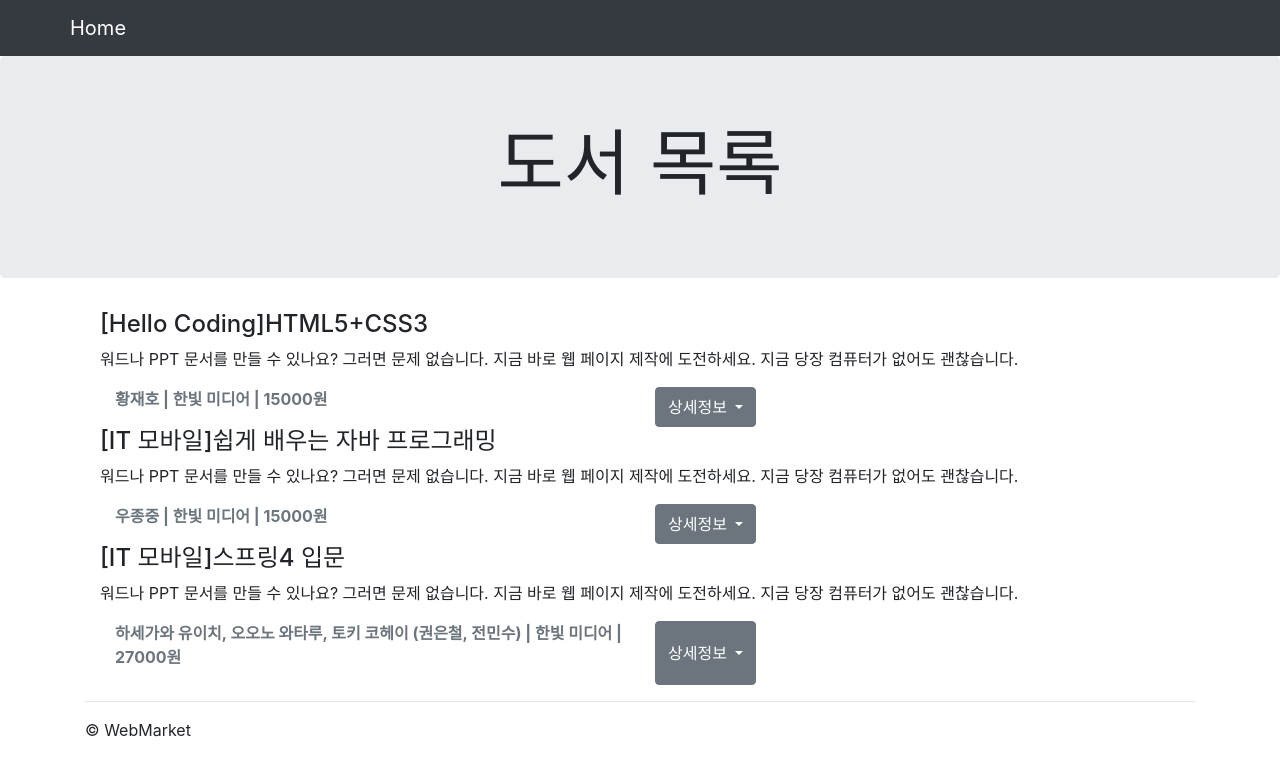
Repository: freedomseok8047/jsp
Page: http://localhost/BookMarket/books.jsp
These files come from the project's save history. The page is drawn as it stood at one moment and after the next save; the edit follows.
The browser window is 1280 px wide. The pictures show the whole page.
The page is served by Tomcat 9.

Above is the page before, as saved 2023-08-24 06:24:10.

### BookMarket/src/main/webapp/books.jsp
<%@ page language="java" contentType="text/html; charset=UTF-8"
	pageEncoding="UTF-8"%>
<%@ page import="java.util.ArrayList"%>
<%@ page import="dto.Book"%>
<jsp:useBean id="bookDAO" class="dao.BookRepository"
	scope="session" />
<!DOCTYPE html>
<html>
<head>
<meta charset="UTF-8">
<link rel="stylesheet" href="./resources/css/bootstrap.min.css" />
<title>도서 목록</title>
</head>
<body>
	<jsp:include page="menu.jsp" />
	<div class="jumbotron">
		<div class="container">
			<h1 class="display-3" align = "center">도서 목록</h1>
		</div>
	</div>
	<%
	ArrayList<Book> listOfBooks = bookDAO.getAllBooks();
	%>

	<div class="container">
		<div class="col" align="left">
			<%
			for (int i = 0; i < listOfBooks.size(); i++) {
				Book book = listOfBooks.get(i);
			%>
			<div class="row-xl-4">
				<h4>[<%=book.getCategory()%>]<%=book.getName()%></h4>
				<p><%=book.getDescription()%>
			<div class="container">
  				<div class="row">
				<p class="col font-weight-bold text-secondary"><%=book.getAuthor() %> | <%=book.getPublisher() %> | <%=book.getUnitPrice()%>원

				<div class=" col btn-group" role="group">
    <button id="btnGroupDrop1" type="button" class="btn btn-secondary dropdown-toggle" data-toggle="dropdown" aria-haspopup="true" aria-expanded="false">
      상세정보
    </button>
    <div class="dropdown-menu" aria-labelledby="btnGroupDrop1">
      <a class="dropdown-item" href="#">Dropdown link</a>
      <a class="dropdown-item" href="#">Dropdown link</a>
    </div>
  </div>
			</div>
			  </div>
</div>
			<%
			}
			%>
		</div>
		<hr>
	</div>
	<jsp:include page="footer.jsp" />


</body>
</html>

### BookMarket/src/main/webapp/menu.jsp
<nav class="navbar navbar-expand navbar-dark bg-dark">
		<div class="container">
			<div class=" navbar-header">
				<a class="navbar-brand" href=" ./welcome.jsp">Home</a>
			</div>
		</div>
	</nav>

### BookMarket/src/main/webapp/footer.jsp
<footer class="container">
		<p>&copy; WebMarket</p>
	</footer>

### BookMarket/src/main/java/dao/BookRepository.java
package dao;

import java.util.ArrayList;

import dto.Book;

public class BookRepository {

	private ArrayList<Book> listOfBooks = new ArrayList<Book>();

	public BookRepository() {
		Book book1 =new Book("B1234","HTML5+CSS3",15000);
		book1.setDescription("워드나 PPT 문서를 만들 수 있나요? 그러면 문제 없습니다. 지금 바로 웹 페이지 제작에 도전하세요. 지금 당장 컴퓨터가 없어도 괜찮습니다.");
		book1.setAuthor("황재호");
		book1.setPublisher("한빛 미디어");
		book1.setCategory("Hello Coding");
		book1.setUnitsInStock(1000);
		book1.setTotalPages(700);
		book1.setReleaseDate("출판일 (8월/22년");
		book1.setCondition("New");


		Book book2 =new Book("B1235","쉽게 배우는 자바 프로그래밍",15000);
		book2.setDescription("워드나 PPT 문서를 만들 수 있나요? 그러면 문제 없습니다. 지금 바로 웹 페이지 제작에 도전하세요. 지금 당장 컴퓨터가 없어도 괜찮습니다.");
		book2.setAuthor("우종중");
		book2.setPublisher("한빛 미디어");
		book2.setCategory("IT 모바일");
		book2.setUnitsInStock(1000);
		book2.setTotalPages(700);
		book2.setReleaseDate("출판일 (8월/22년");
		book2.setCondition("New");

		Book book3 =new Book("B1236","스프링4 입문",27000);
		book3.setDescription("워드나 PPT 문서를 만들 수 있나요? 그러면 문제 없습니다. 지금 바로 웹 페이지 제작에 도전하세요. 지금 당장 컴퓨터가 없어도 괜찮습니다.");
		book3.setAuthor("하세가와 유이치, 오오노 와타루, 토키 코헤이 (권은철, 전민수)");
		book3.setPublisher("한빛 미디어");
		book3.setCategory("IT 모바일");
		book3.setUnitsInStock(1000);
		book3.setTotalPages(700);
		book3.setReleaseDate("출판일 (8월/22년");
		book3.setCondition("New");

		listOfBooks.add(book1);
		listOfBooks.add(book2);
		listOfBooks.add(book3);
	}
		public ArrayList<Book> getAllBooks() {
			return listOfBooks;

	}
}

### BookMarket/src/main/java/dto/Book.java
package dto;

import java.io.Serializable;

public class Book implements Serializable {

	private static final long serialVersionUID = -4274700572038677000L;

	private String bookId;
	private String name;
	private Integer unitPrice;
	private String author;
	private String description;
	private String publisher;
	private String category;
	private long unitsInStock;
	private long totalPages;
	private String releaseDate;
	private String condition;

	public Book() {
		super();
	}

	public Book(String bookId, String name, Integer unitPrice) {
		this.bookId = bookId;
		this.name = name;
		this.unitPrice = unitPrice;
	}


	public String getBookId() {
		return bookId;
	}
	public void setBookId(String bookId) {
		this.bookId = bookId;
	}
	public String getName() {
		return name;
	}
	public void setName(String name) {
		this.name = name;
	}
	public Integer getUnitPrice() {
		return unitPrice;
	}
	public void setUnitPrice(Integer unitPrice) {
		this.unitPrice = unitPrice;
	}
	public String getAuthor() {
		return author;
	}
	public void setAuthor(String author) {
		this.author = author;
	}
	public String getDescription() {
		return description;
	}
	public void setDescription(String description) {
		this.description = description;
	}
	public String getPublisher() {
		return publisher;
	}
	public void setPublisher(String publisher) {
		this.publisher = publisher;
	}
	public String getCategory() {
		return category;
	}
	public void setCategory(String category) {
		this.category = category;
	}
	public long getUnitsInStock() {
		return unitsInStock;
	}
	public void setUnitsInStock(long unitsInStock) {
		this.unitsInStock = unitsInStock;
	}
	public long getTotalPages() {
		return totalPages;
	}
	public void setTotalPages(long totalPages) {
		this.totalPages = totalPages;
	}
	public String getReleaseDate() {
		return releaseDate;
	}
	public void setReleaseDate(String releaseDate) {
		this.releaseDate = releaseDate;
	}
	public String getCondition() {
		return condition;
	}
	public void setCondition(String condition) {
		this.condition = condition;
	}


}

Loaded but not shown: BookMarket/src/main/webapp/resources/css/bootstrap.min.css (library)

After the next save:
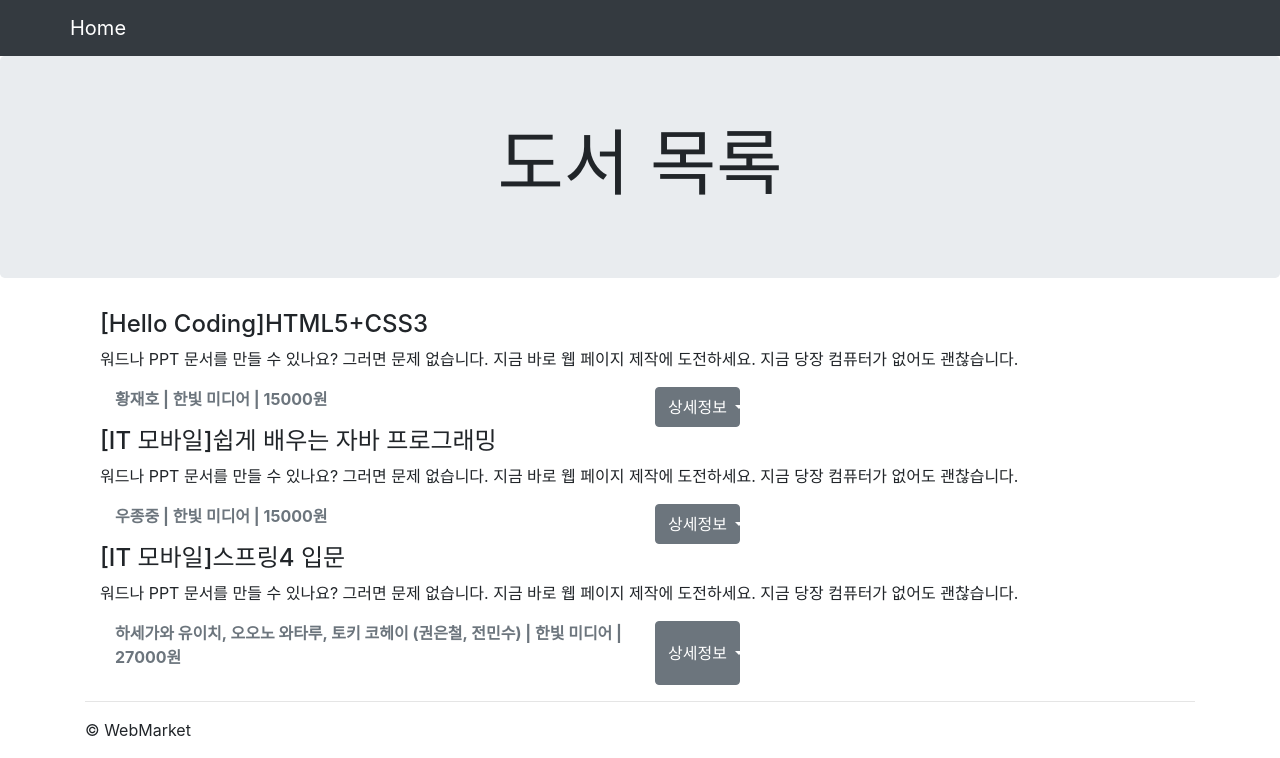
Saved 52 s later.
--- a/BookMarket/src/main/webapp/books.jsp
+++ b/BookMarket/src/main/webapp/books.jsp
@@ -36,7 +36,7 @@
 				<p class="col font-weight-bold text-secondary"><%=book.getAuthor() %> | <%=book.getPublisher() %> | <%=book.getUnitPrice()%>원
 
 				<div class=" col btn-group" role="group">
-    <button id="btnGroupDrop1" type="button" class="btn btn-secondary dropdown-toggle" data-toggle="dropdown" aria-haspopup="true" aria-expanded="false">
+    <button id="btnGroupDrop1" type="button" class="btn btn-secondary dropdown-toggle col-lg-2" data-toggle="dropdown" aria-haspopup="true" aria-expanded="false">
       상세정보
     </button>
     <div class="dropdown-menu" aria-labelledby="btnGroupDrop1">
